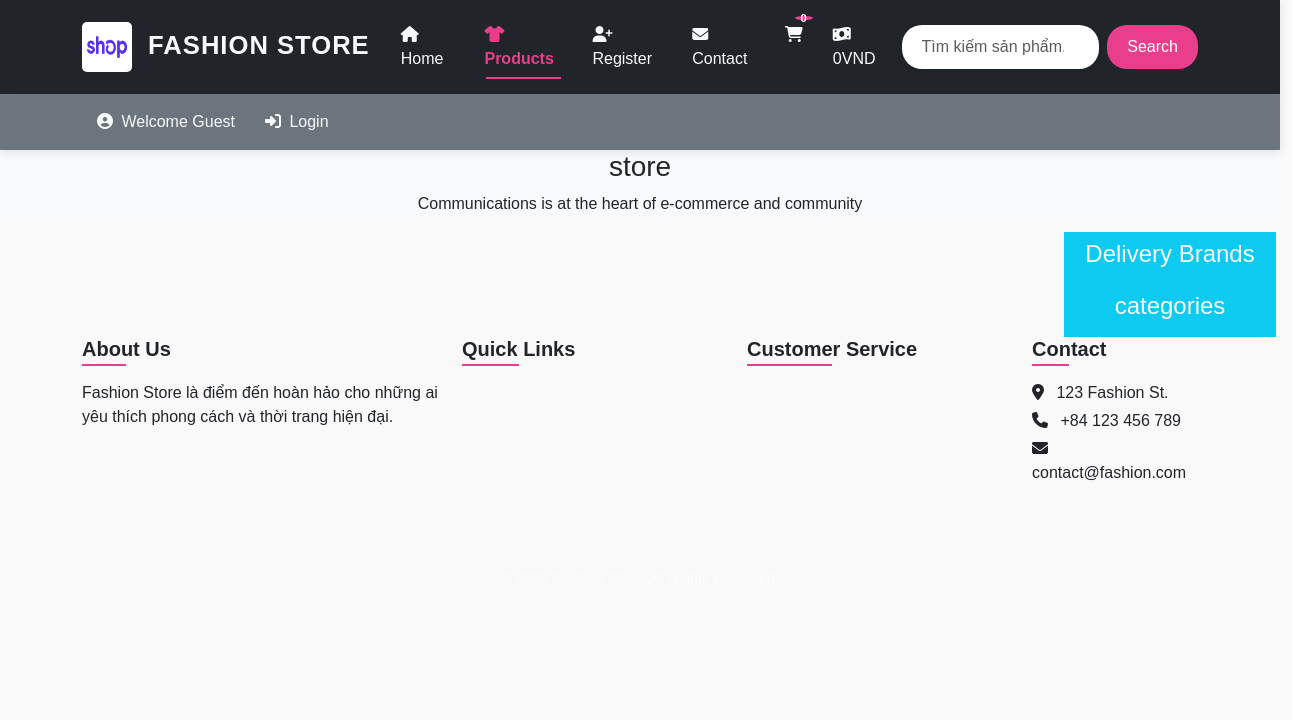
Repository: hahuuchinh2501/ecommerce_web
Page: http://localhost/product_details.php
The author's editor kept a copy of each file at every save. The page is drawn from the files as they stood at one save, then again after the next save.
The browser window is 1280 px wide. The page is 1292 px wide, so the pictures cover 1292 px, including what lies to the right of the window. The pictures show the whole page.
The page is run by PHP 8.4 with error messages shown; the project is at /var/www/html/. Queries for data that is not in the repository find no rows.

Above is the page before, as saved 2025-03-19 16:53:20.

After the next save:
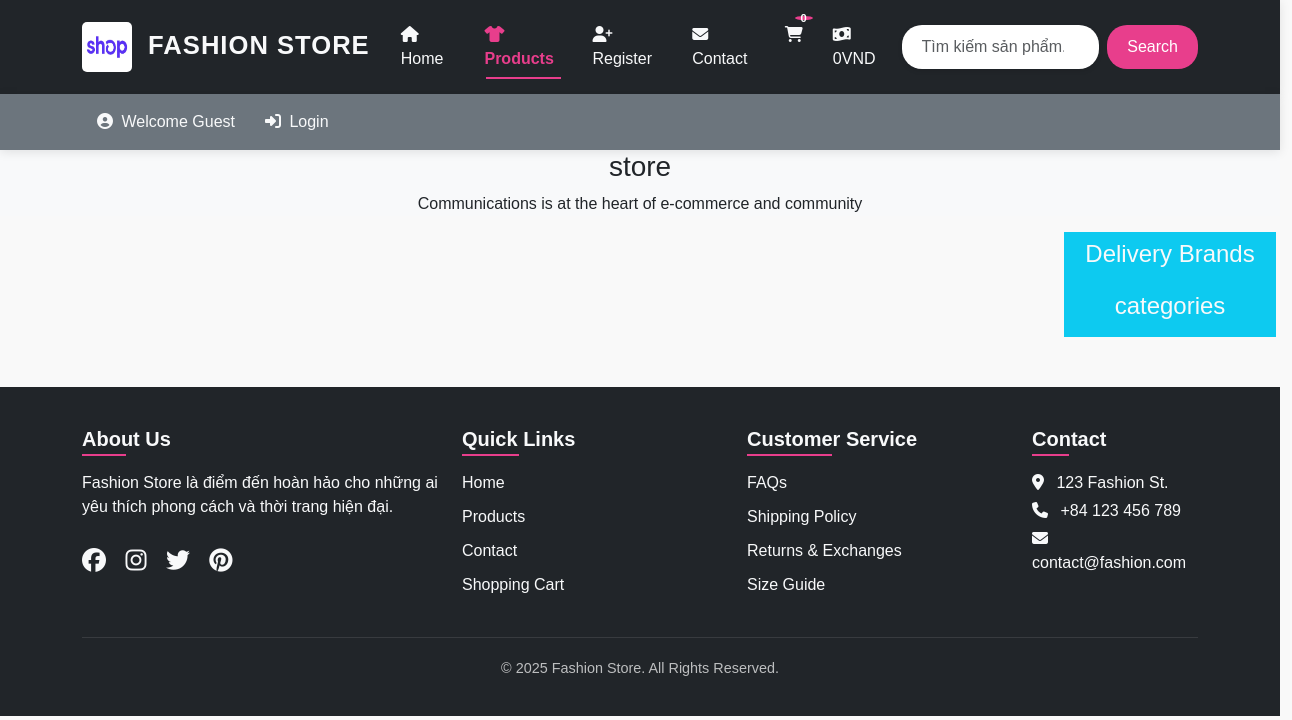
Saved 4 min 30 s later.
--- a/product_details.php
+++ b/product_details.php
@@ -253,9 +253,10 @@ session_start();
         </div>
 
         <!-- include footer  -->
-        <?php
+         <footer><?php
         include("./includes/footer.php")
-            ?>
+            ?></footer>
+
     </div>
 
     <script src="https://cdn.jsdelivr.net/npm/bootstrap@5.3.3/dist/js/bootstrap.bundle.min.js"
